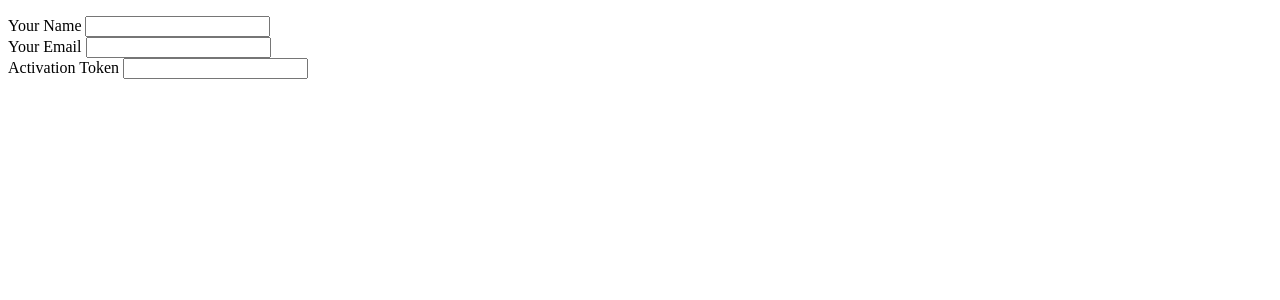
Repository: Rachael4life/Assignment-1
Page: starter-code/src/index.html
An editor plug-in stored every save of this project. The page is shown before and after a run of saves, followed by the edit.
The browser window is 1280 px wide. The pictures show the whole page.

Above is the page before, as saved 2022-02-25 12:21:44.

After the next 3 saves:
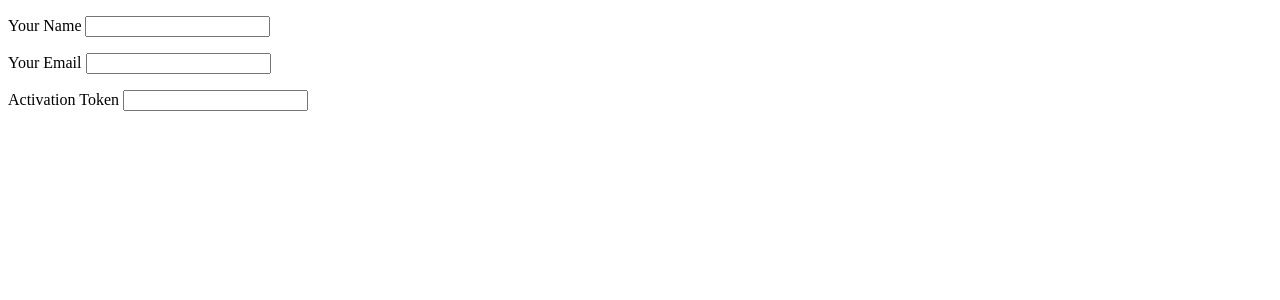
The 3 saves are shown as one change because they came seconds apart.
The last was saved 8 s later.
--- a/starter-code/src/index.html
+++ b/starter-code/src/index.html
@@ -13,11 +13,11 @@
                 <label for="name">Your Name</label>
                 <input type="text" name="name" id="name" placeholder="">
             </div>
-            <div>
+            <div> <p></p>
                 <label for="email">Your Email</label>
                 <input type="text" name="email" id="email" placeholder="">
             </div>
-            <div>
+            <div> <p></p>
                 <label for="number">Activation Token</label>
                 <input type="number" name="activation token" id="name" placeholder="">
             </div>
